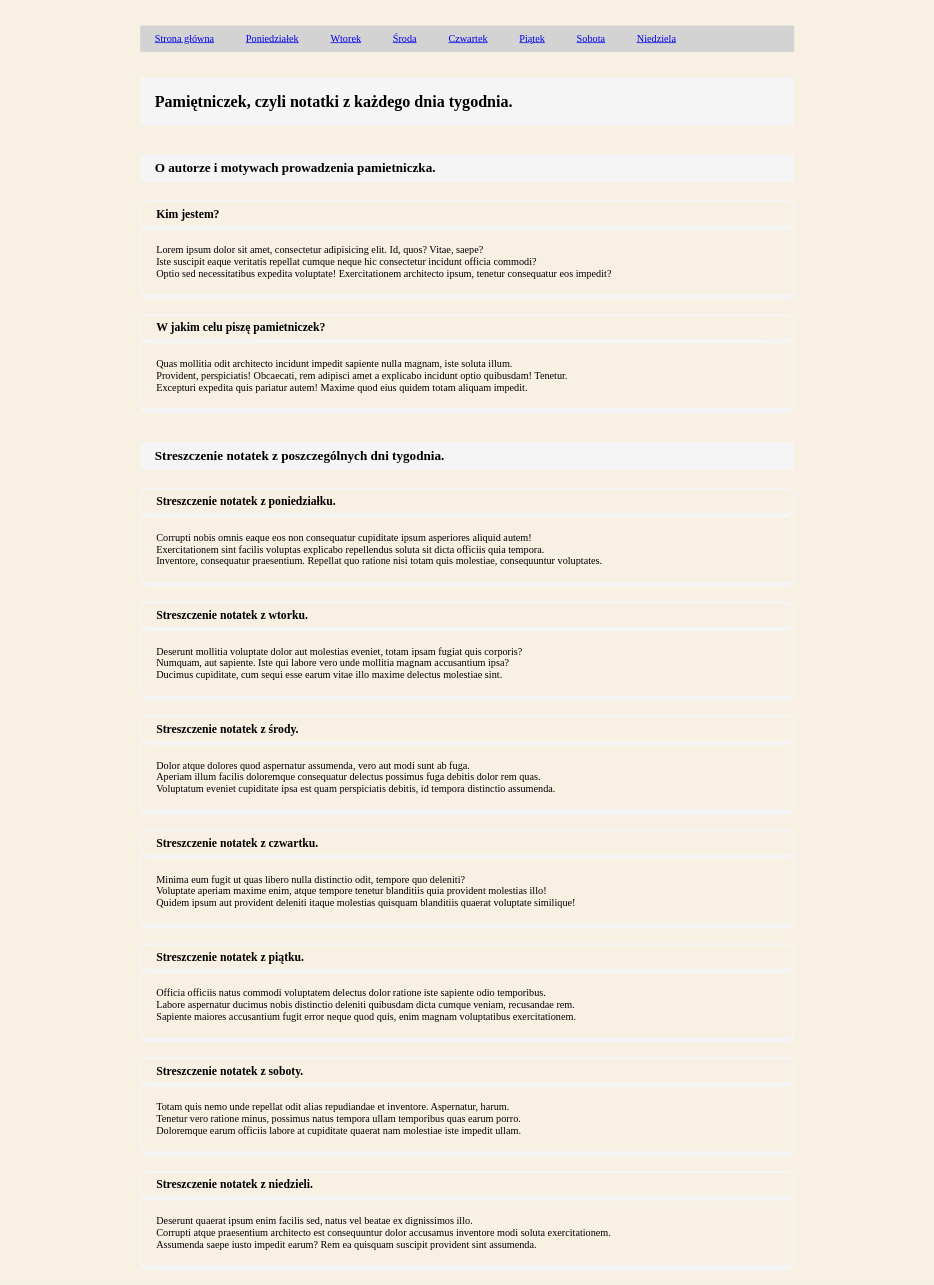
Repository: ArturNatwora/hompage
Page: index.html
An editor plug-in stored every save of this project. The page is shown before and after the next save, followed by the edit.
The browser window is 1280 px wide. The pictures show the whole page, at 73% of full size.

Above is the page before, as saved 2019-06-11 19:59:15.

After the next save:
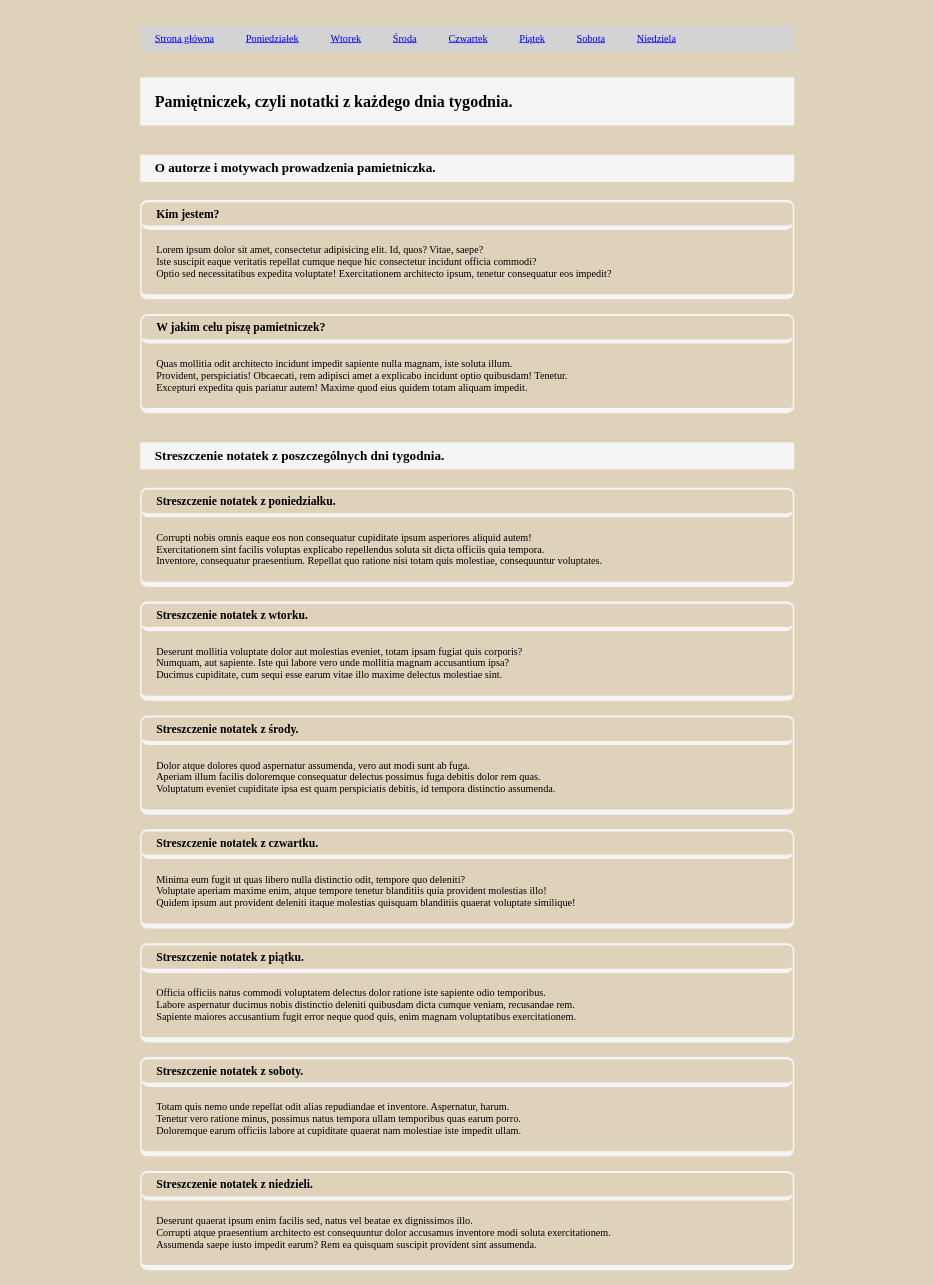
Saved 38 s later.
--- a/index.css
+++ b/index.css
@@ -10,7 +10,7 @@
 body{
     width: 70%;
     margin:  auto;
-    background: rgb(247, 240, 227);
+    background: rgb(223, 210, 187);
 
 }
 
